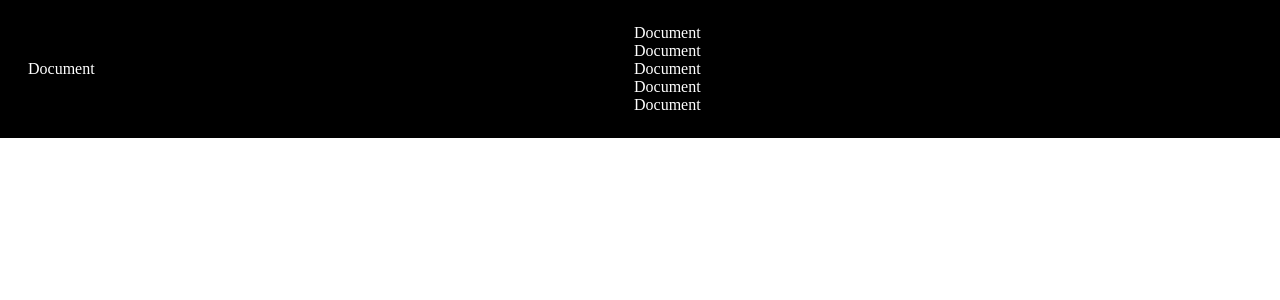
Repository: GoodHoneyCake/Dream_Coding_Academy2
Page: index.html
An editor plug-in stored every save of this project. The page is shown before and after the next save, followed by the edit.
The browser window is 1280 px wide. The pictures show the whole page.
Some web libraries are served in a nearby version.

Above is the page before, as saved 2021-01-07 16:27:34.

### index.html
<!DOCTYPE html>
<html lang="en">
  <head>
    <meta charset="UTF-8" />
    <meta name="viewport" content="width=device-width, initial-scale=1.0" />
    <title>Document</title>
    <link rel="stylesheet" href="style.css" />
    <script
      src="https://kit.fontawesome.com/c90a48a564.js"
      crossorigin="anonymous"
    ></script>
  </head>
  <body>
    <nav class="navbar">
      <div class="navbar__logo">
        <i class="fab fa-html5"></i>
        <a href="">Document</a>
      </div>
      <ul class="navbar__mene">
        <li><a href="">Document</a></li>
        <li><a href="">Document</a></li>
        <li><a href="">Document</a></li>
        <li><a href="">Document</a></li>
        <li><a href="">Document</a></li>
      </ul>
      <ul class="navbar__links">
        <i class="fab fa-html5"></i>
        <i class="fab fa-html5"></i>
      </ul>
    </nav>
  </body>
</html>

### style.css
body {
  margin: 0;
}

a {
  text-decoration: none;
  color: white;
}

.navbar {
  display: flex;
  justify-content: space-between;
  align-items: center;
  background-color: black;
  padding: 8px 12px;
}

.navbar__log {
  font-size: 24px;
  color: white;
}

After the next save:
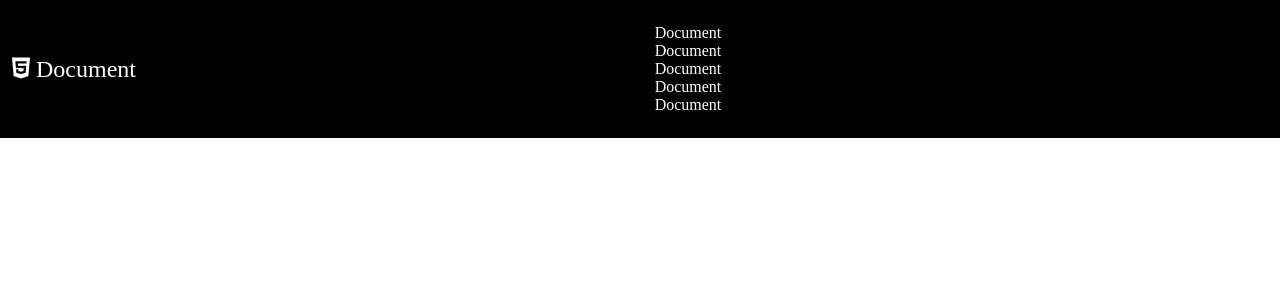
Saved 14 s later.
--- a/style.css
+++ b/style.css
@@ -15,7 +15,9 @@
   padding: 8px 12px;
 }
 
-.navbar__log {
+.navbar__logo {
   font-size: 24px;
   color: white;
 }
+
+.navbar__logo;
